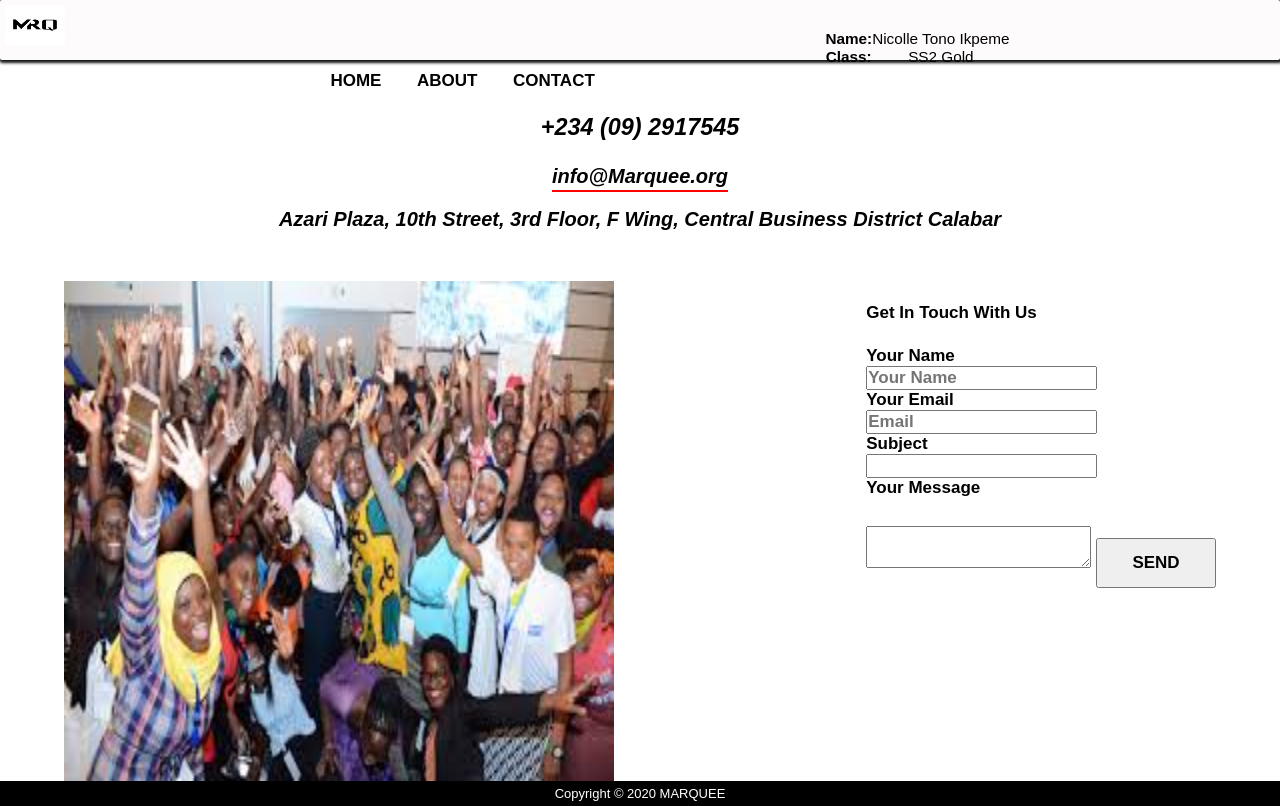
Repository: pboi18/Marquee.org
Page: contact.html
The author's editor kept a copy of each file at every save. The page is drawn from the files as they stood at one save, then again after the next save.
The browser window is 1280 px wide. The pictures show the whole page.

Above is the page before, as saved 2020-07-11 21:39:31.

After the next save:
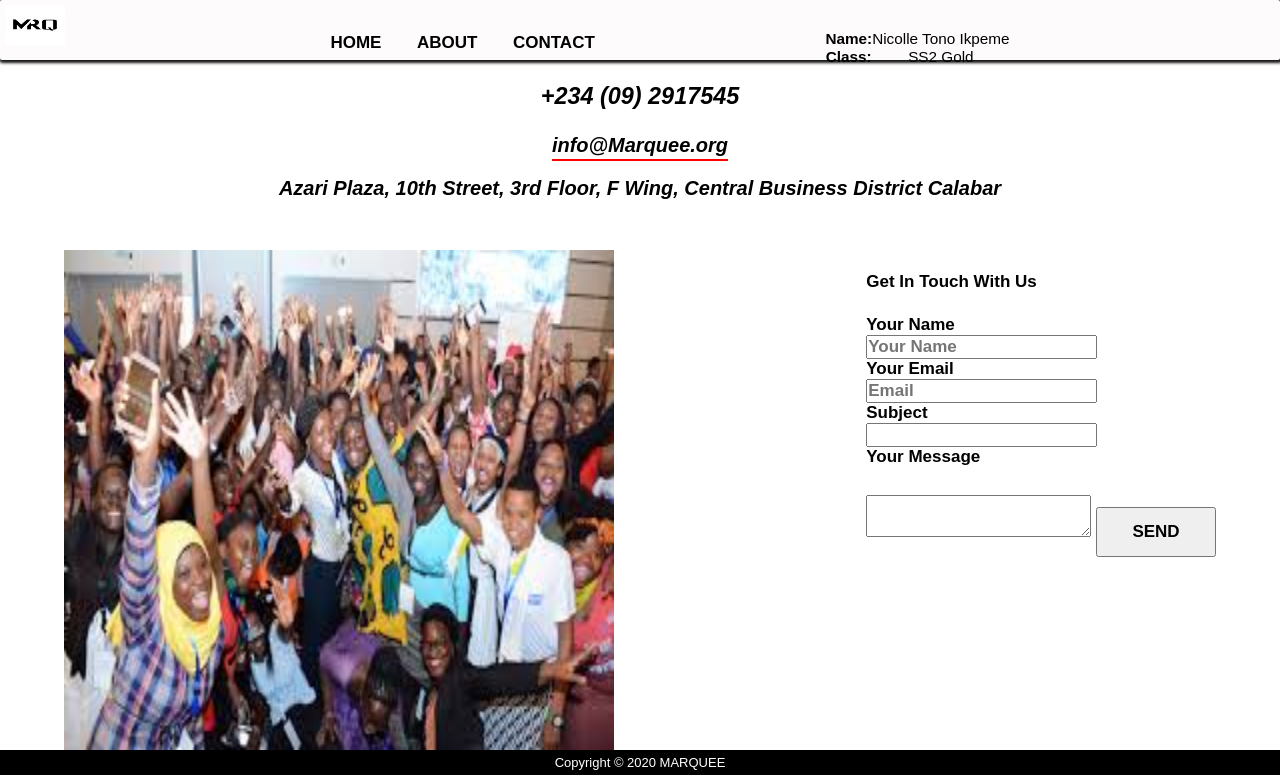
Saved 9 s later.
--- a/style.css
+++ b/style.css
@@ -70,7 +70,7 @@ label {
     border-bottom: 3px solid rgb(158, 0, 0);
 }
 .id {
-    display: block;
+    display: inline-flex;
     padding: 10px;
     font-size: 90%;
 
